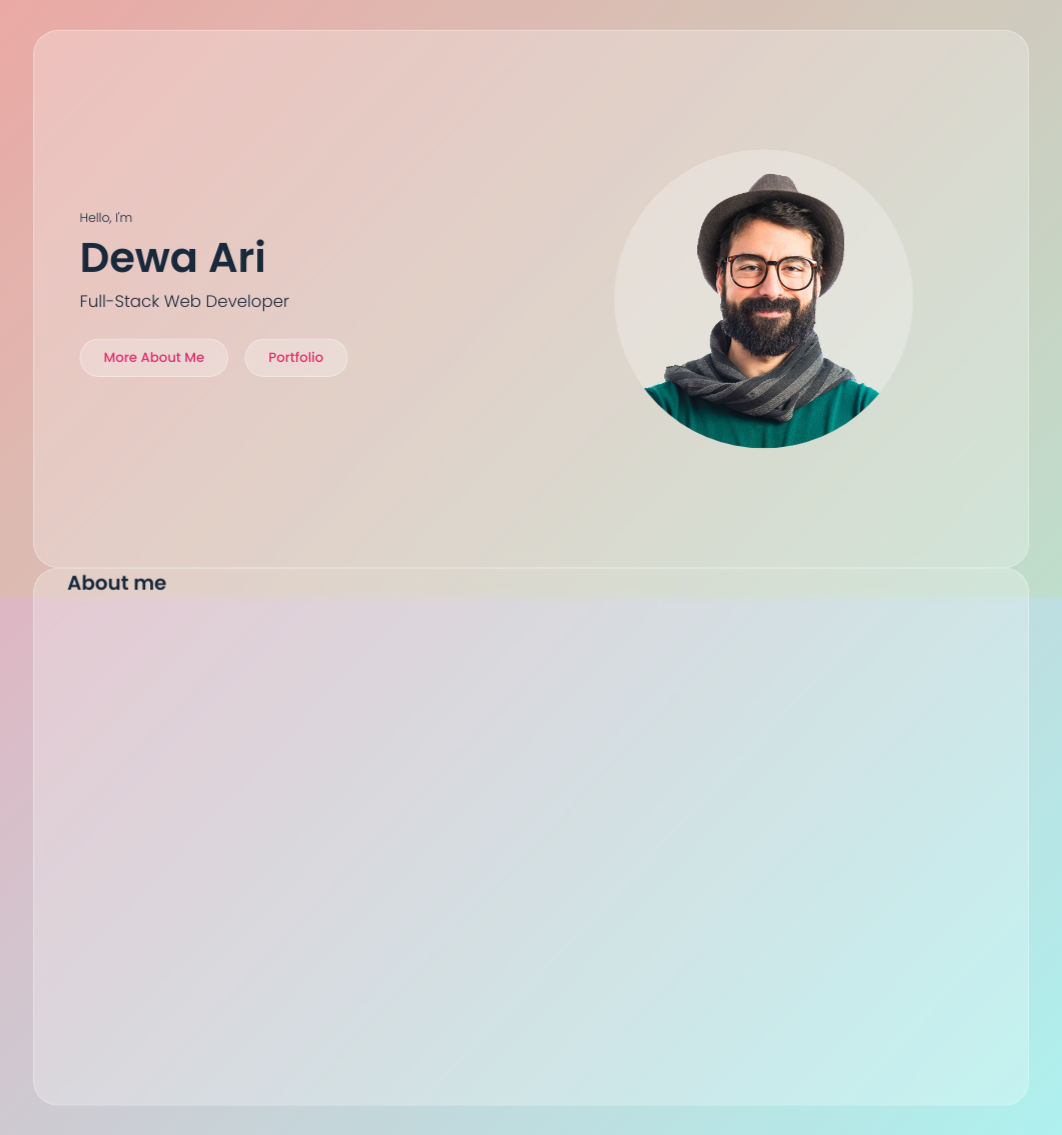
Repository: dewaary/Glassmorp-me
Page: index.html
These files come from the project's save history. The page is drawn as it stood at one moment and after the next save; the edit follows.
The browser window is 1280 px wide. The pictures show the whole page, at 83% of full size.

Above is the page before, as saved 2021-05-25 12:42:50.
Not found: js/script,js

### index.html
<!DOCTYPE html>
<html lang="en">

<head>
    <meta charset="UTF-8">
    <meta http-equiv="X-UA-Compatible" content="IE=edge">
    <meta name="viewport" content="width=device-width, initial-scale=1.0">
    <link rel="stylesheet" href="style.css">
    <title>Document</title>
</head>

<body>
    <div class="main">
        <section class="home-section align-items-center">
            <div class="container">
                <div class="row align-items-center">
                    <div class="home-text">
                        <p>Hello, I'm</p>
                        <h1>Dewa Ari</h1>
                        <h2>Full-Stack Web Developer</h2>
                        <a href="#" class="btn">more about me</a>
                        <a href="#" class="btn">portfolio</a>
                    </div>
                    <div class="home-img">
                        <div class="img-box">
                            <img src="img/profile-img.png" alt="profile-img">
                        </div>
                    </div>
                </div>
            </div>
        </section>

<!-- About Section -->
        <section class="about-section sec-padding hidden">
            <div class="container">
                <div class="row">
                    <div class="section-title">
                        <h2>About me</h2>
                    </div>
                </div>
            </div>
        </section>

    </div>
    <script src="js/script,js"></script>
</body>

</html>

### style.css
/* Fonts */
@import url("https://fonts.googleapis.com/css2?family=Poppins:wght@300;400;500;600;700&display=swap");

/* Variables */

:root {
  --main-color: #e02f6b;
  --blue: #0000ff;
  --blue-dark: #18293c;
  --orange: #ffa500;
  --green-yellow: #cddc39;
  --pink-light: #efa2b4;
  --cyan-light: #aef1ee;
  --white: #ffffff;
  --white-alpha-40: rgba(255, 255, 255, 0.4);
  --white-alpha-25: rgba(255, 255, 255, 0.25);
  --backdrop-filter-blur: blur(5px);
}

* {
  box-sizing: border-box;
  padding: 0;
  margin: 0;
  outline: none;
}

::before,
::after {
  box-sizing: border-box;
}

body {
  min-height: 100vh;
  background-image: linear-gradient(
    to bottom right,
    var(--pink-light),
    var(--cyan-light)
  );
  font-size: 16px;
  font-family: "Poppins", sans-serif;
  font-weight: 300;
  color: var(--blue-dark);
  line-height: 1.5;
  overflow-x: hidden;
  -webkit-tap-highlight-color: transparent;
  padding: 5vh 15px;
}

body::before {
  content: "";
  position: fixed;
  left: 0;
  top: 0;
  height: 100%;
  width: 100%;
  background-color: var(--green-yellow);
  z-index: -1;
  opacity: 0.12;
}

a {
  text-decoration: none;
}

h1,
h2 {
  font-weight: 600;
}

h3,
h4,
h5,
h6 {
  font-weight: 500;
}

img {
  max-width: 100%;
  vertical-align: middle;
}

section {
  background-color: var(--white-alpha-25);
  border: 1px solid var(--white-alpha-40);
  min-height: 90vh;
  border-radius: 30px;
  backdrop-filter: var(--backdrop-filter-blur);
}

.main {
  max-width: 1200px;
  margin: auto;
}

.row {
  display: flex;
  flex-wrap: wrap;
}

.container {
  padding: 0 40px;
  width: 100%;
}

.align-items-center {
  align-items: center;
}

/*
Buttons */

.btn {
  line-height: 1.5;
  background-color: var(--white-alpha-25);
  border: 1px solid var(--white-alpha-40);
  padding: 10px 28px;
  display: inline-block;
  border-radius: 30px;
  color: var(--main-color);
  font-weight: 500;
  text-transform: capitalize;
  font-family: inherit;
  font-size: 16px;
  cursor: pointer;
  user-select: none;
  position: relative;
  overflow: hidden;
  vertical-align: middle;
  transition: width 0.3s ease;
}

.btn::before {
  content: "";
  position: absolute;
  left: 0;
  top: 0;
  height: 100%;
  width: 0%;
  background-color: var(--main-color);
  z-index: -1;
  transition: width 0.3s ease;
}

.btn:hover::before {
  width: 100%;
}
.btn:hover {
  color: var(--white);
}

/*
Home Section */

.home-section {
  display: flex;
  padding: 120px 0;
}

.home-text,
.home-img {
  width: 50%;
  padding: 15px;
}

.home-text p {
  font-size: 15px;
}

.home-text h2 {
  font-size: 20px;
  text-transform: capitalize;
  font-weight: 300;
  margin: 0 0 30px;
}

.home-text .btn {
  margin: 0 15px 15px 0;
}

.home-text h1 {
  font-size: 50px;
  text-transform: capitalize;
}

.home-img .img-box {
  max-width: 360px;
  background-color: var(--white-alpha-25);
  border-radius: 50%;
  background-color: var(--white-alpha-25);
  margin: auto;
}

.home-img .img-box img {
  width: 100%;
  border-radius: 50%;
}

After the next save:
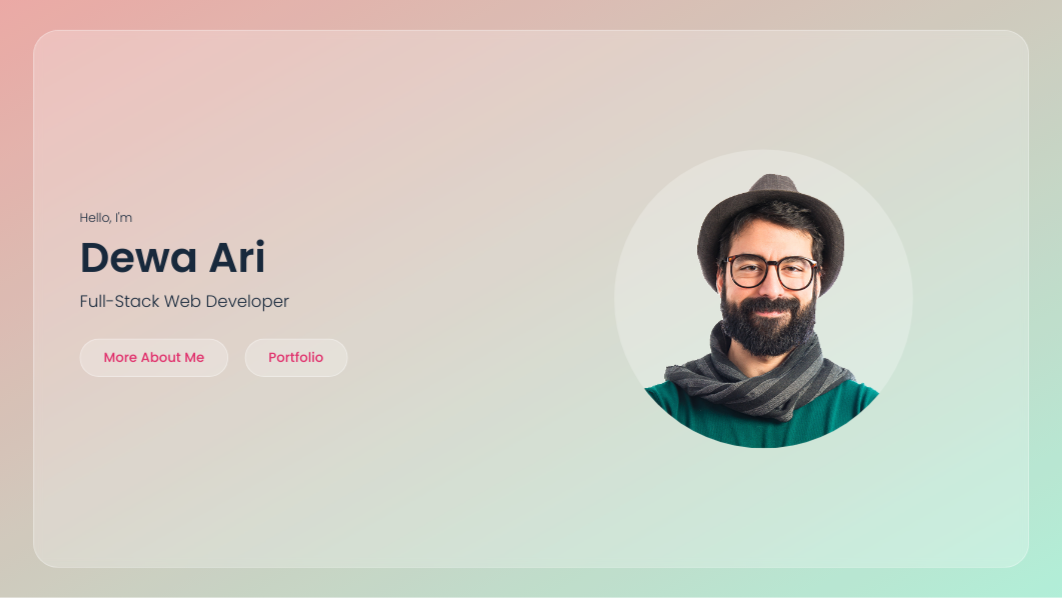
Saved 82 s later.
--- a/style.css
+++ b/style.css
@@ -106,6 +106,10 @@
   align-items: center;
 }
 
+.hidden{
+  display: none !important;
+}
+
 /*
 Buttons */
 

After the 4 saves that followed:
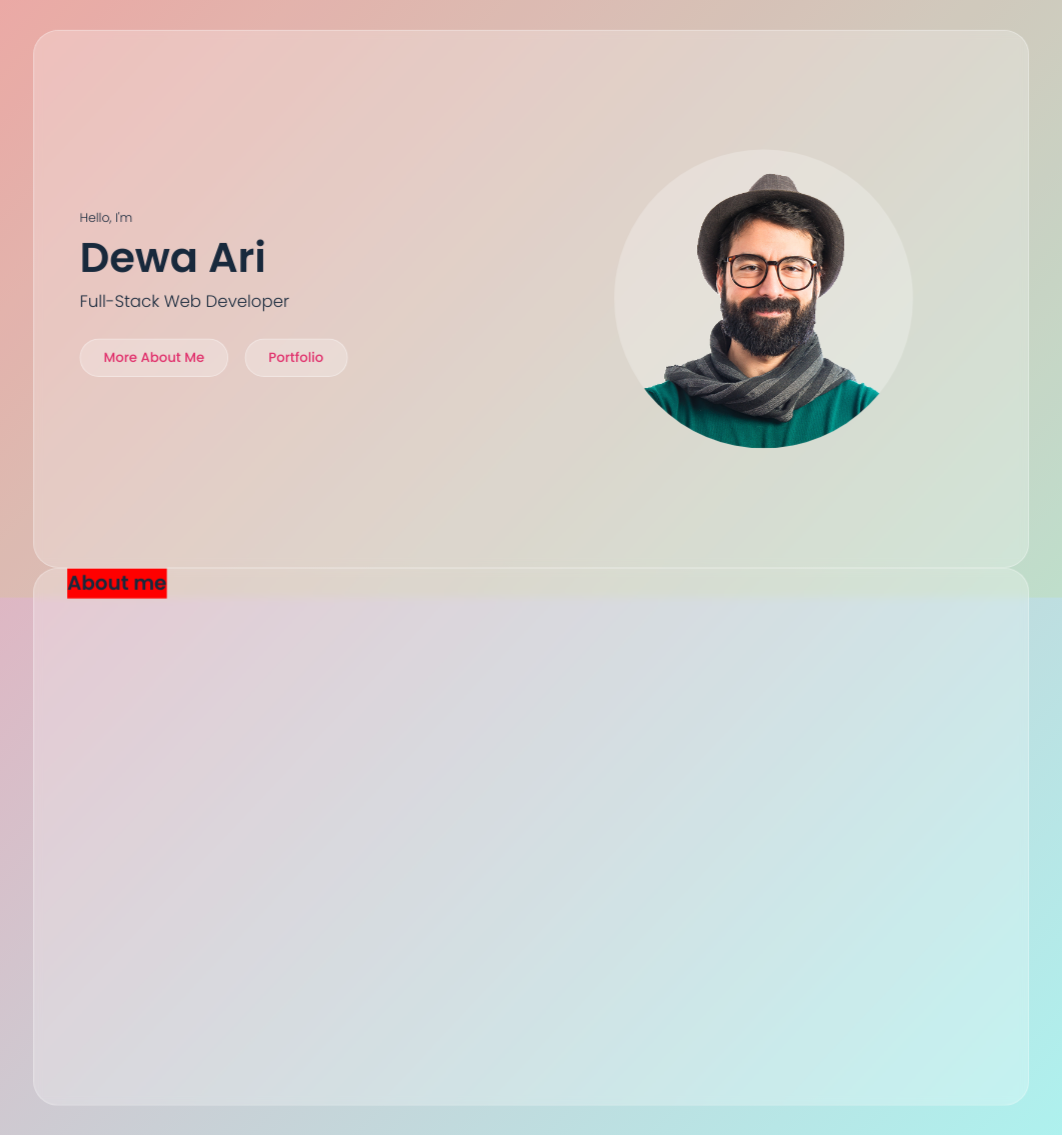
The 4 saves are shown as one change because 3 left the picture as it was.
The last was saved 9 min 52 s later.
--- a/index.html
+++ b/index.html
@@ -31,7 +31,7 @@
         </section>
 
 <!-- About Section -->
-        <section class="about-section sec-padding hidden">
+        <section class="about-section sec-padding">
             <div class="container">
                 <div class="row">
                     <div class="section-title">
--- a/style.css
+++ b/style.css
@@ -110,6 +110,26 @@
   display: none !important;
 }
 
+/* Section Tittle */
+.section-title {
+  background-color: red;
+}
+
+
+/* Custome Scroolbar */
+
+::-webkit-scrollbar{
+  width: 5px;
+}
+
+::-webkit-scrollbar-track{
+  background-color: var(--white);
+}
+
+::-webkit-scrollbar-thumb {
+  background-color: var(--main-color);
+}
+
 /*
 Buttons */
 
